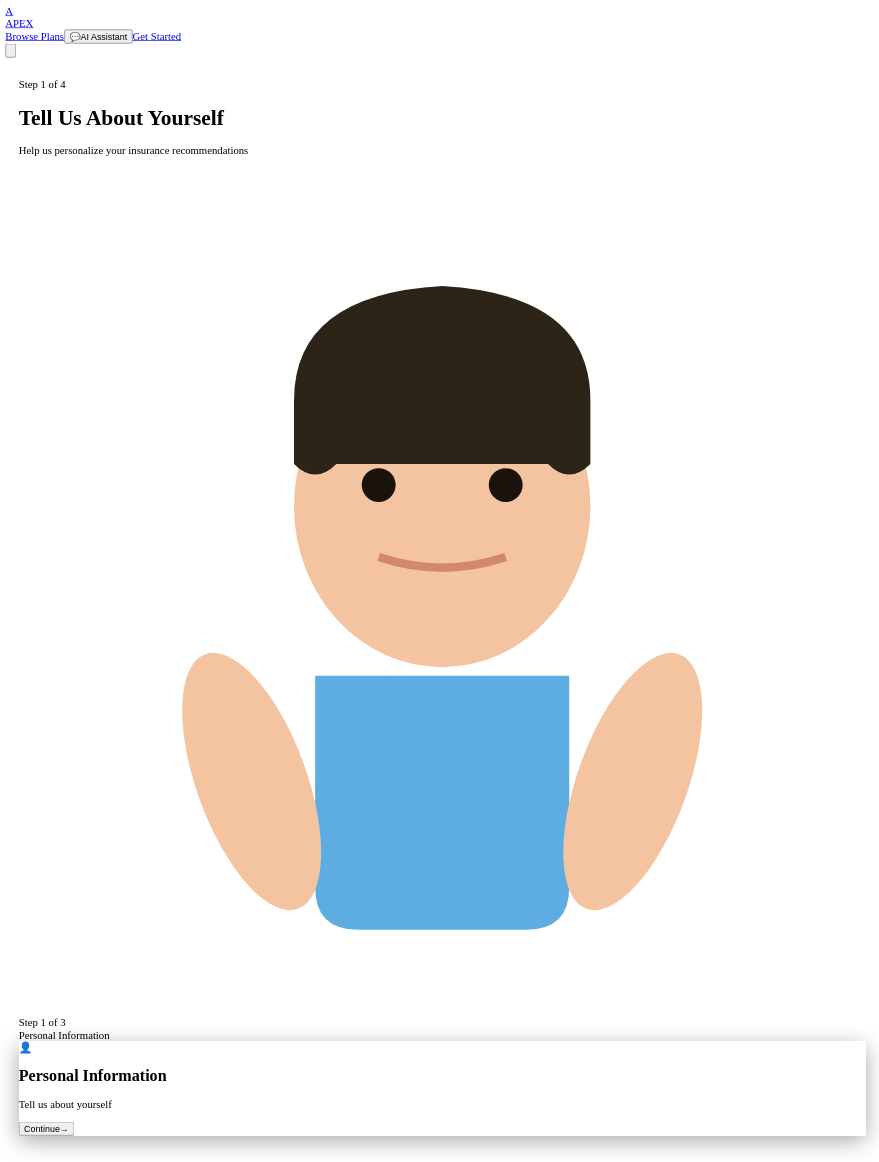
Repository: hmhhmm/Apex-AI-Driven-Insurance-Recommendation-System
Page: /onboarding/quick-assessment (app in client/)
These files come from the project's save history. The page is drawn as it stood at one moment and after the next save; the edit follows.
The browser window is 1280 px wide. The page is 1312 px wide, so the pictures cover 1312 px, including what lies to the right of the window. The pictures show the whole page, at 67% of full size.
The project was rebuilt for these pictures with package versions that can differ from the ones it lists, and the page was loaded fresh each time. Also part of the build but not shown: client/src/components/chat/ChatHeader.tsx, client/src/components/chat/ChatMessages.tsx, client/src/components/chat/QuickActions.tsx, client/src/components/chat/ChatInput.tsx, client/src/components/landing/ParticleBackground.tsx, client/src/components/landing/AnimatedHero.tsx, client/src/components/landing/DashboardCard.tsx, client/src/pages/Landing.tsx and 11 more.

Above is the page before, as saved 2025-11-01 21:38:43.

After the next save:
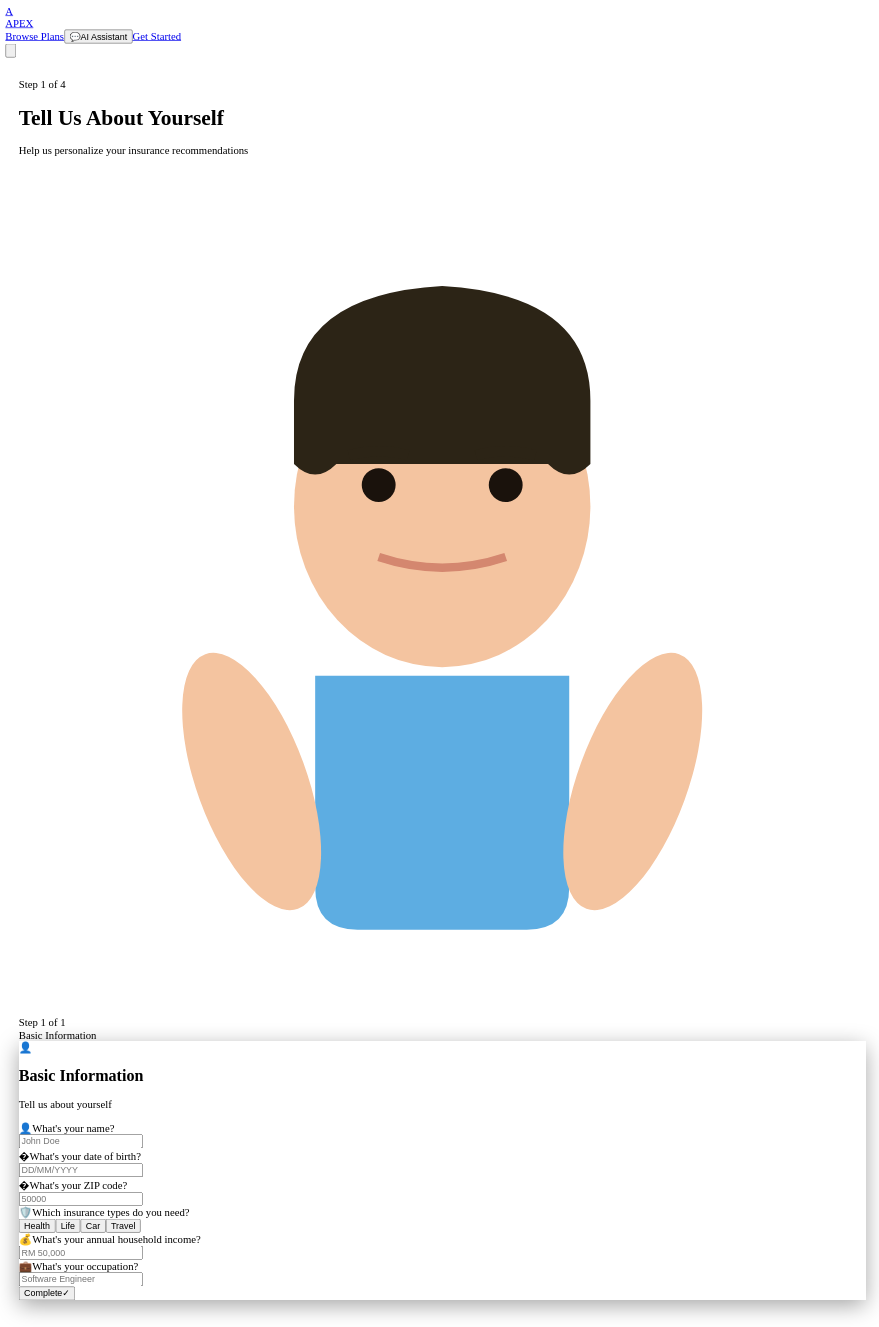
Saved 21 s later.
--- a/client/src/pages/onboarding/QuickAssessment.tsx
+++ b/client/src/pages/onboarding/QuickAssessment.tsx
@@ -63,28 +63,6 @@ const questions: Question[] = [
   },
 ]
 
-// Group questions by category
-const questionGroups = [
-  {
-    title: 'Personal Information',
-    subtitle: 'Tell us about yourself',
-    emoji: '👤',
-    questions: questions.filter(q => q.category === 'Personal')
-  },
-  {
-    title: 'Insurance Needs',
-    subtitle: 'What coverage are you looking for?',
-    emoji: '🛡️',
-    questions: questions.filter(q => q.category === 'Insurance')
-  },
-  {
-    title: 'Health & Lifestyle',
-    subtitle: 'Help us understand your health profile',
-    emoji: '❤️',
-    questions: questions.filter(q => q.category === 'Health' || q.category === 'Lifestyle')
-  }
-]
-
 export default function QuickAssessment() {
   const navigate = useNavigate()
   const { saveQuickAssessment, selectedGender } = useOnboardingStore()
@@ -92,6 +70,53 @@ export default function QuickAssessment() {
   const [answers, setAnswers] = useState<Record<string, any>>({})
   const [errors, setErrors] = useState<Record<string, string>>({})
 
+  // Dynamically build question groups based on selected insurance types
+  const getQuestionGroups = () => {
+    const groups = [
+      {
+        title: 'Basic Information',
+        subtitle: 'Tell us about yourself',
+        emoji: '👤',
+        questions: questions.filter(q => q.category === 'Universal')
+      }
+    ]
+
+    const selectedInsurance = Array.isArray(answers.insuranceNeeds) ? answers.insuranceNeeds : []
+
+    // Add Health questions if Health insurance selected
+    if (selectedInsurance.includes('Health')) {
+      groups.push({
+        title: 'Health & Lifestyle',
+        subtitle: 'Help us understand your health profile',
+        emoji: '❤️',
+        questions: questions.filter(q => q.category === 'Health')
+      })
+    }
+
+    // Add Car questions if Car insurance selected
+    if (selectedInsurance.includes('Car')) {
+      groups.push({
+        title: 'Vehicle Information',
+        subtitle: 'Tell us about your vehicle',
+        emoji: '🚗',
+        questions: questions.filter(q => q.category === 'Car')
+      })
+    }
+
+    // Add Travel questions if Travel insurance selected
+    if (selectedInsurance.includes('Travel')) {
+      groups.push({
+        title: 'Travel Details',
+        subtitle: 'Share your travel habits',
+        emoji: '✈️',
+        questions: questions.filter(q => q.category === 'Travel')
+      })
+    }
+
+    return groups
+  }
+
+  const questionGroups = getQuestionGroups()
   const currentGroup = questionGroups[currentGroupIndex]
   const progress = ((currentGroupIndex + 1) / questionGroups.length) * 100
 
